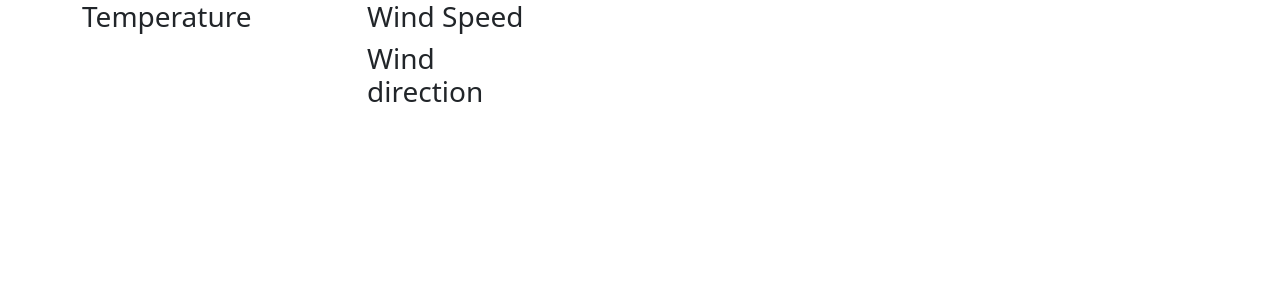
Repository: Saiyamjain-100/weather-app
Page: src/component/new.html
An editor plug-in stored every save of this project. The page is shown before and after the next save, followed by the edit.
The browser window is 1280 px wide. The pictures show the whole page.

Above is the page before, as saved 2022-05-18 14:22:10.

After the next save:
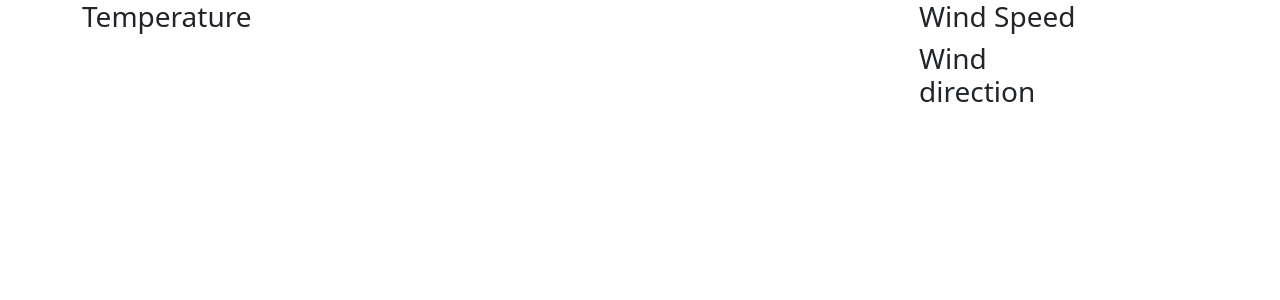
Saved 104 s later.
--- a/src/component/new.html
+++ b/src/component/new.html
@@ -12,7 +12,7 @@
     <script src="https://cdn.jsdelivr.net/npm/bootstrap@5.2.0-beta1/dist/js/bootstrap.bundle.min.js" integrity="sha384-pprn3073KE6tl6bjs2QrFaJGz5/SUsLqktiwsUTF55Jfv3qYSDhgCecCxMW52nD2" crossorigin="anonymous"></script>
 
     <div class="container">
-        <div class="row flex justify-item-between">
+        <div class="d-flex justify-content-between">
             <div class="col-md-3">
                 <h3>Temperature</h3>
                 <i></i>

After the 3 saves that followed:
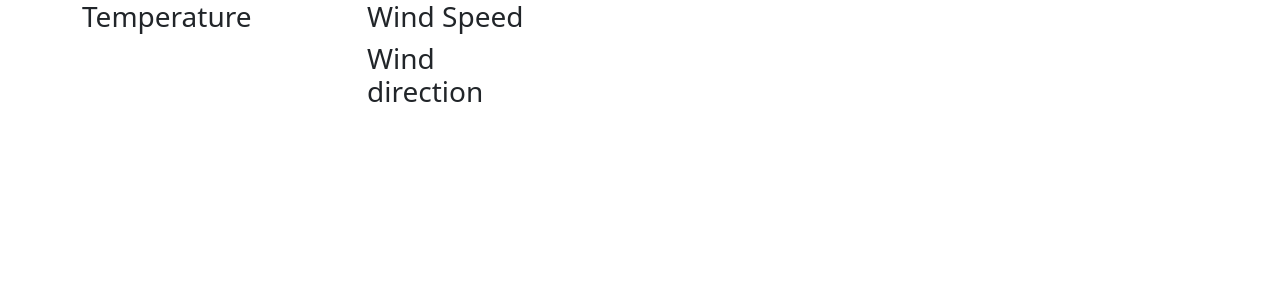
The 3 saves are shown as one change because 1 left the picture as it was and some came seconds apart.
The last was saved 18 s later.
--- a/src/component/new.html
+++ b/src/component/new.html
@@ -12,7 +12,7 @@
     <script src="https://cdn.jsdelivr.net/npm/bootstrap@5.2.0-beta1/dist/js/bootstrap.bundle.min.js" integrity="sha384-pprn3073KE6tl6bjs2QrFaJGz5/SUsLqktiwsUTF55Jfv3qYSDhgCecCxMW52nD2" crossorigin="anonymous"></script>
 
     <div class="container">
-        <div class="d-flex justify-content-between">
+        <div class="row flex justify-item-between">
             <div class="col-md-3">
                 <h3>Temperature</h3>
                 <i></i>
